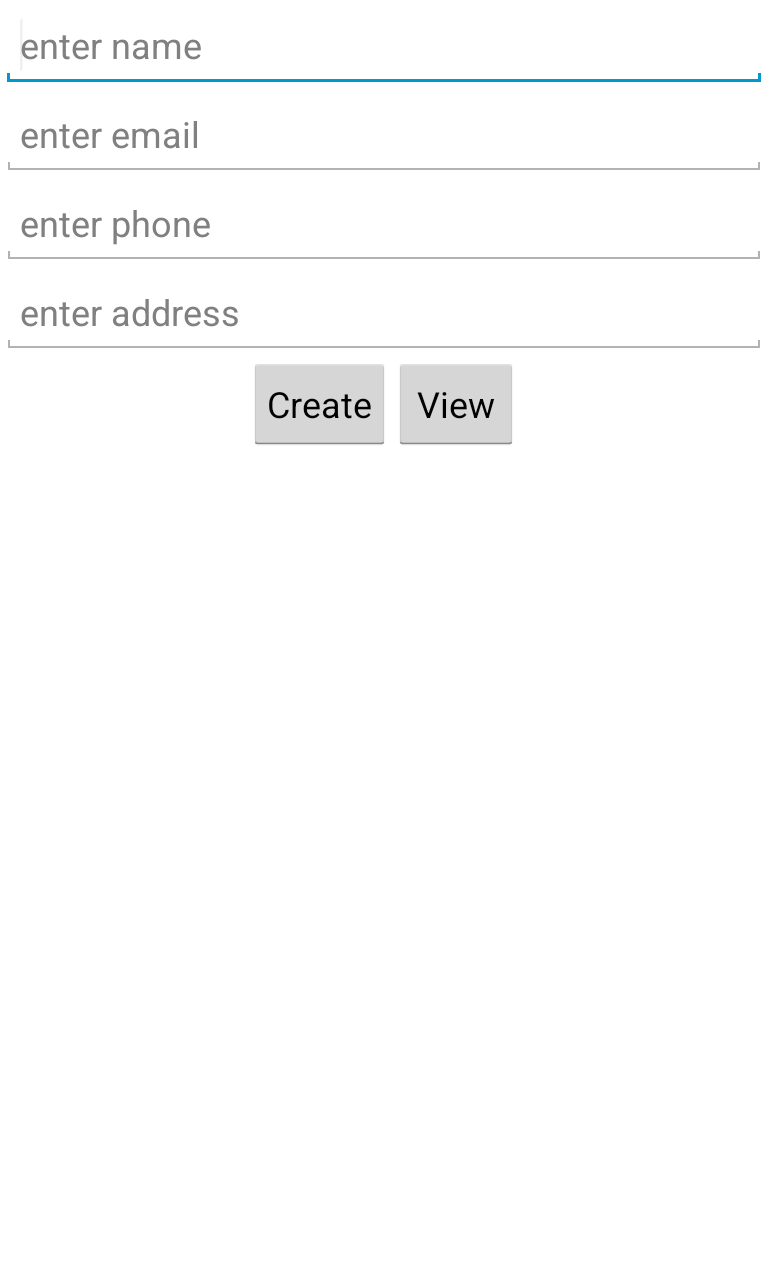
Repository: droidexample/some-practises-sample-example
Layout: VollayWebServiceDemo/res/layout/activity_main.xml
The author's editor kept a copy of each file at every save. The layout is drawn from the files as they stood at one save, then again after the next save.
It is drawn on a 768 x 1280 px phone screen (xhdpi) without system bars, with theme AppTheme; the app's code is not run. Lists and similar views that code fills are empty.

Above is the layout before, as saved 2015-06-20 20:48:55.

### VollayWebServiceDemo/res/layout/activity_main.xml
<?xml version="1.0" encoding="utf-8"?>
<LinearLayout xmlns:android="http://schemas.android.com/apk/res/android"
    android:layout_width="match_parent"
    android:layout_height="match_parent"
    android:orientation="vertical" >

    <EditText
        android:id="@+id/etName"
        android:layout_width="match_parent"
        android:layout_height="wrap_content"
        android:ems="10"
        android:hint="enter name"
        android:inputType="textPersonName"
        android:padding="10dp" >

        <requestFocus />
    </EditText>

    <EditText
        android:id="@+id/etEmail"
        android:layout_width="match_parent"
        android:layout_height="wrap_content"
        android:ems="10"
        android:hint="enter email"
        android:inputType="textEmailAddress"
        android:padding="10dp" />

    <EditText
        android:id="@+id/etPhone"
        android:layout_width="match_parent"
        android:layout_height="wrap_content"
        android:ems="10"
        android:hint="enter phone"
        android:inputType="phone"
        android:padding="10dp" />

    <EditText
        android:id="@+id/etAddress"
        android:layout_width="match_parent"
        android:layout_height="wrap_content"
        android:ems="10"
        android:hint="enter address"
        android:inputType="textPersonName"
        android:padding="10dp" />

    <LinearLayout
        android:layout_width="match_parent"
        android:layout_height="wrap_content"
        android:gravity="center" >

        <Button
            android:id="@+id/btnCreate"
            android:layout_width="wrap_content"
            android:layout_height="wrap_content"
            android:onClick="create"
            android:padding="10dp"
            android:text="Create" />

        <Button
            android:id="@+id/btnShow"
            android:layout_width="wrap_content"
            android:layout_height="wrap_content"
            android:onClick="show"
            android:padding="10dp"
            android:text="View" />
    </LinearLayout>

    <ListView
        android:id="@+id/lV"
        android:layout_width="match_parent"
        android:layout_height="wrap_content" >
    </ListView>

</LinearLayout>

Loaded but not shown: VollayWebServiceDemo/res/values/styles.xml (common file); VollayWebServiceDemo/res/values-v11/styles.xml (common file); VollayWebServiceDemo/res/values-v14/styles.xml (common file)

After the next save:
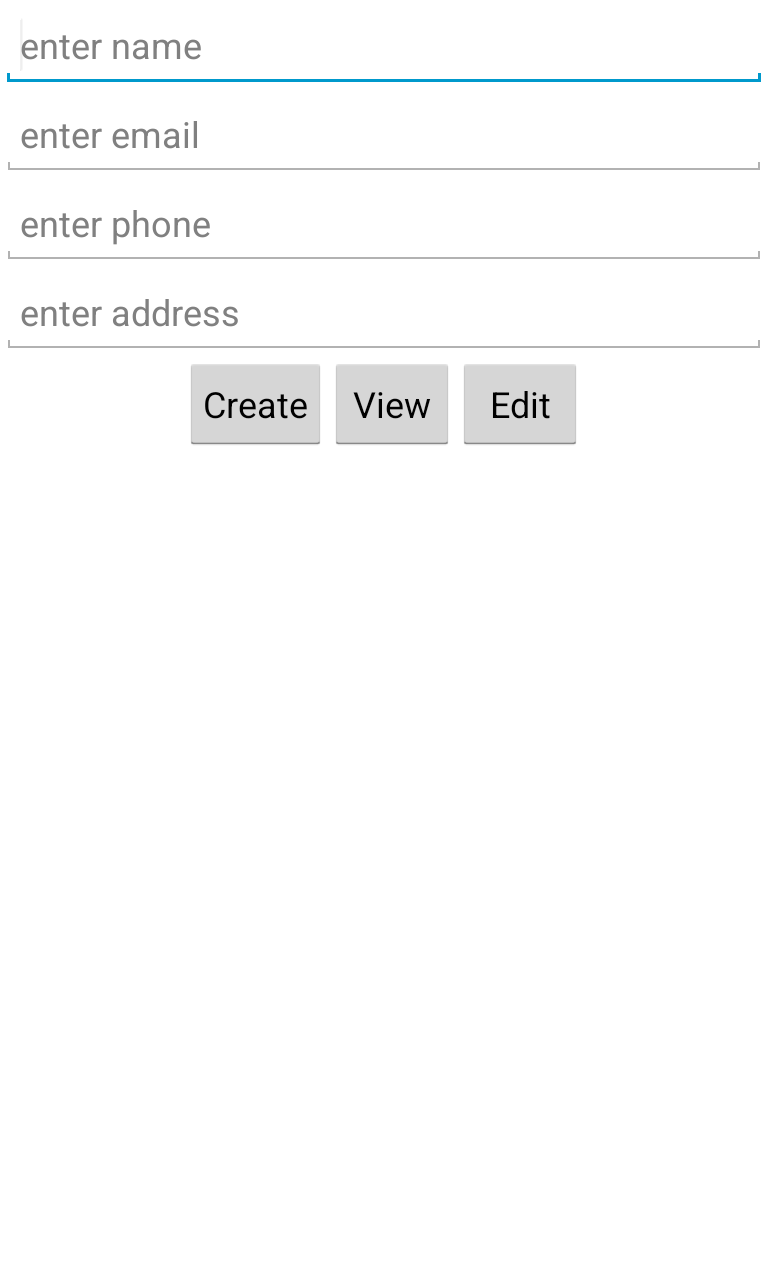
Saved 117 min 59 s later.
--- a/VollayWebServiceDemo/res/layout/activity_main.xml
+++ b/VollayWebServiceDemo/res/layout/activity_main.xml
@@ -63,6 +63,13 @@
             android:onClick="show"
             android:padding="10dp"
             android:text="View" />
+        <Button
+            android:id="@+id/btnUpdate"
+            android:layout_width="wrap_content"
+            android:layout_height="wrap_content"
+            android:onClick="show"
+            android:padding="10dp"
+            android:text="Edit" />
     </LinearLayout>
 
     <ListView
